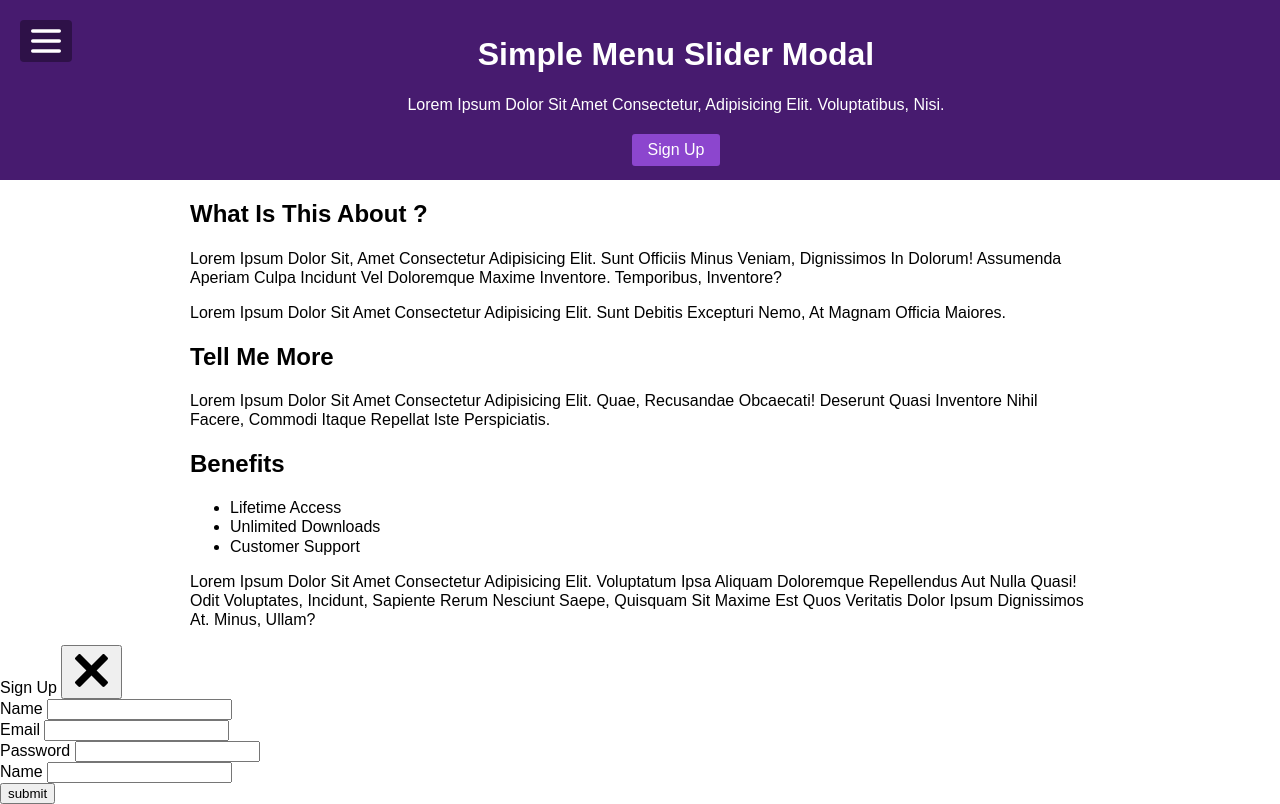
Repository: lilo750/Menu-Slider-modal
Page: index.html
An editor plug-in stored every save of this project. The page is shown before and after the next save, followed by the edit.
The browser window is 1280 px wide. The pictures show the whole page.

Above is the page before, as saved 2024-01-15 06:28:37.

After the next save:
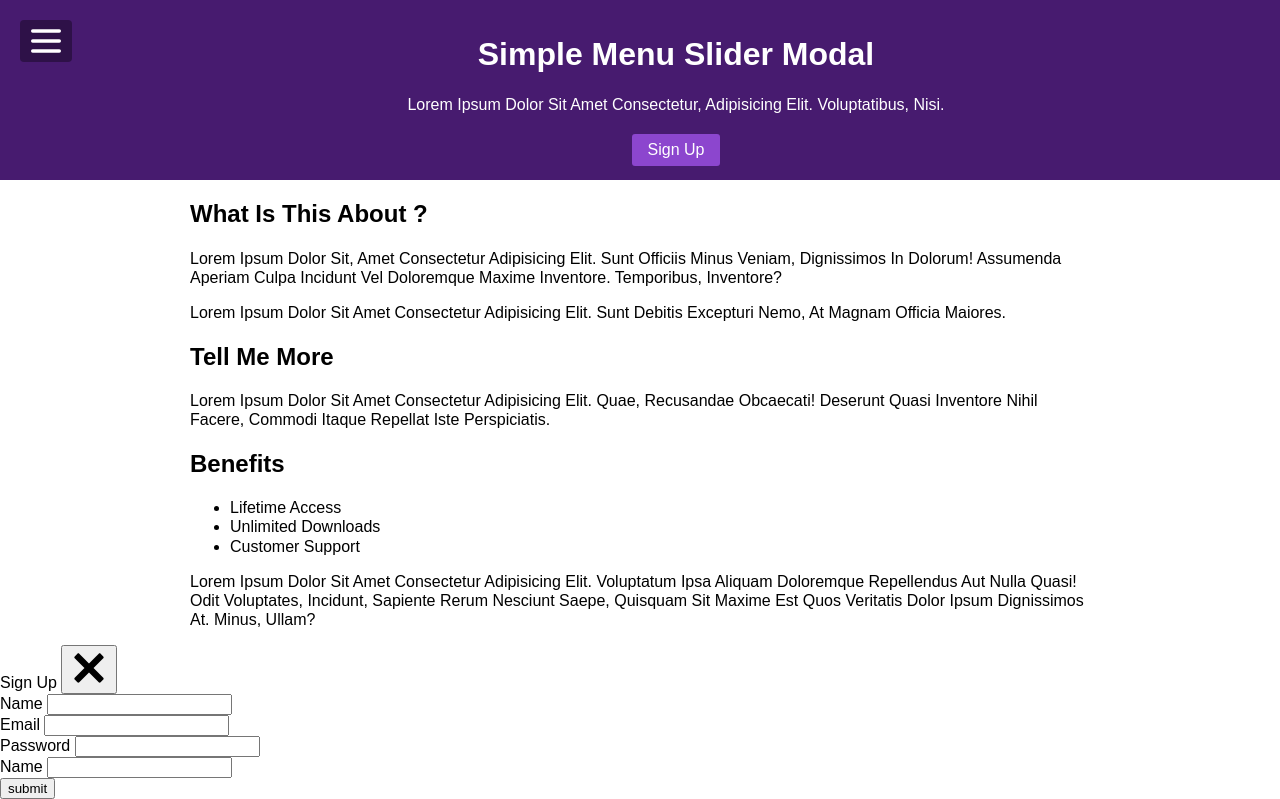
Saved 32 s later.
--- a/assets/visuals/close-icon.svg
+++ b/assets/visuals/close-icon.svg
@@ -1 +1 @@
-<?xml version="1.0"?><svg xmlns="http://www.w3.org/2000/svg"  viewBox="0 0 30 30" width="45px" height="45px">    <path d="M 7 4 C 6.744125 4 6.4879687 4.0974687 6.2929688 4.2929688 L 4.2929688 6.2929688 C 3.9019687 6.6839688 3.9019687 7.3170313 4.2929688 7.7070312 L 11.585938 15 L 4.2929688 22.292969 C 3.9019687 22.683969 3.9019687 23.317031 4.2929688 23.707031 L 6.2929688 25.707031 C 6.6839688 26.098031 7.3170313 26.098031 7.7070312 25.707031 L 15 18.414062 L 22.292969 25.707031 C 22.682969 26.098031 23.317031 26.098031 23.707031 25.707031 L 25.707031 23.707031 C 26.098031 23.316031 26.098031 22.682969 25.707031 22.292969 L 18.414062 15 L 25.707031 7.7070312 C 26.098031 7.3170312 26.098031 6.6829688 25.707031 6.2929688 L 23.707031 4.2929688 C 23.316031 3.9019687 22.682969 3.9019687 22.292969 4.2929688 L 15 11.585938 L 7.7070312 4.2929688 C 7.5115312 4.0974687 7.255875 4 7 4 z"/></svg>
+<?xml version="1.0"?><svg xmlns="http://www.w3.org/2000/svg"  viewBox="0 0 30 30" width="40px" height="40px">    <path d="M 7 4 C 6.744125 4 6.4879687 4.0974687 6.2929688 4.2929688 L 4.2929688 6.2929688 C 3.9019687 6.6839688 3.9019687 7.3170313 4.2929688 7.7070312 L 11.585938 15 L 4.2929688 22.292969 C 3.9019687 22.683969 3.9019687 23.317031 4.2929688 23.707031 L 6.2929688 25.707031 C 6.6839688 26.098031 7.3170313 26.098031 7.7070312 25.707031 L 15 18.414062 L 22.292969 25.707031 C 22.682969 26.098031 23.317031 26.098031 23.707031 25.707031 L 25.707031 23.707031 C 26.098031 23.316031 26.098031 22.682969 25.707031 22.292969 L 18.414062 15 L 25.707031 7.7070312 C 26.098031 7.3170312 26.098031 6.6829688 25.707031 6.2929688 L 23.707031 4.2929688 C 23.316031 3.9019687 22.682969 3.9019687 22.292969 4.2929688 L 15 11.585938 L 7.7070312 4.2929688 C 7.5115312 4.0974687 7.255875 4 7 4 z"/></svg>
